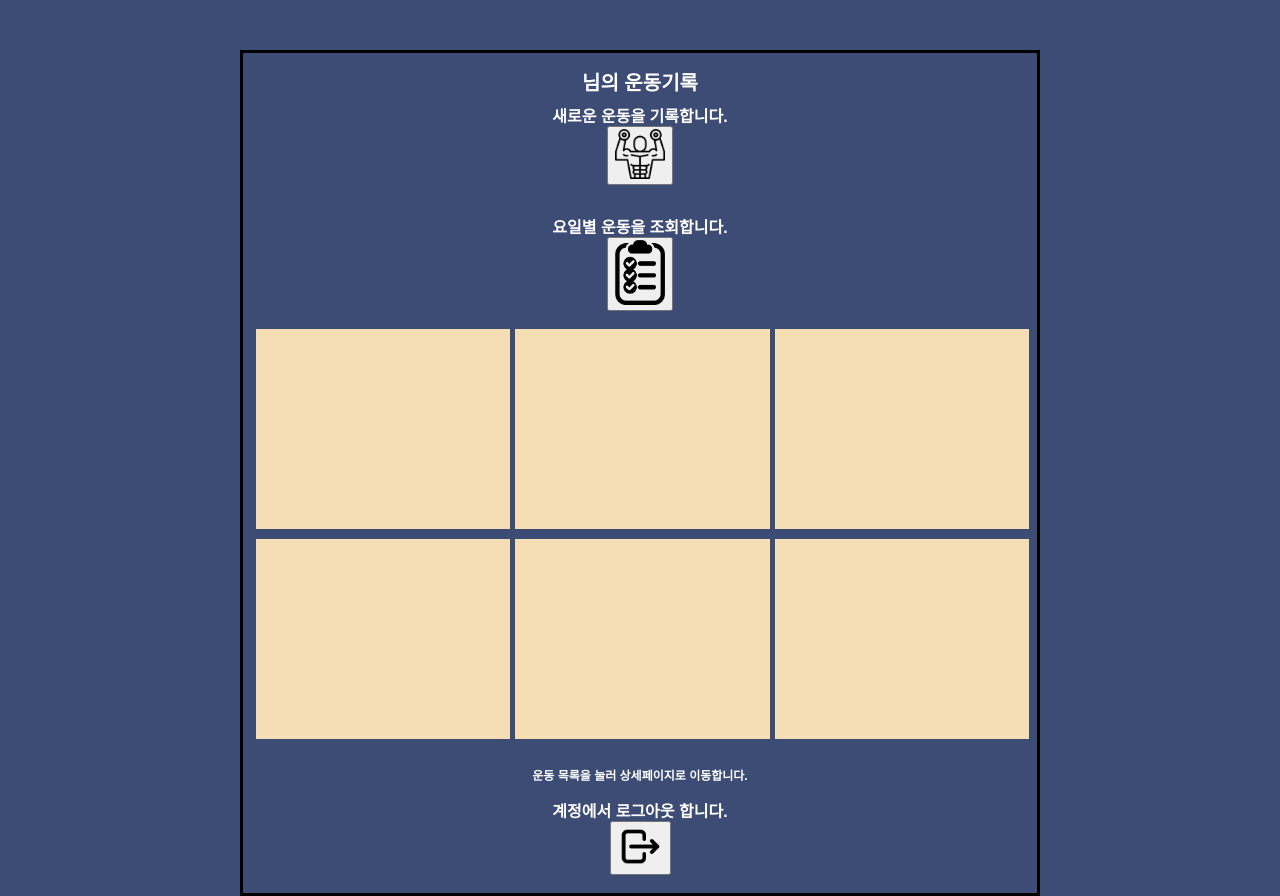
Repository: Up-Min/hrdkorea
Page: http://localhost/jsp_workout/main.jsp
These files come from the project's save history. The page is drawn as it stood at one moment and after the next save; the edit follows.
The browser window is 1280 px wide. The pictures show the whole page.
The page is served by Tomcat 9. The template is opened directly, without the code that normally fills it, so the values that code supplies are empty.

Above is the page before, as saved 2023-01-02 06:21:38.

After the next save:
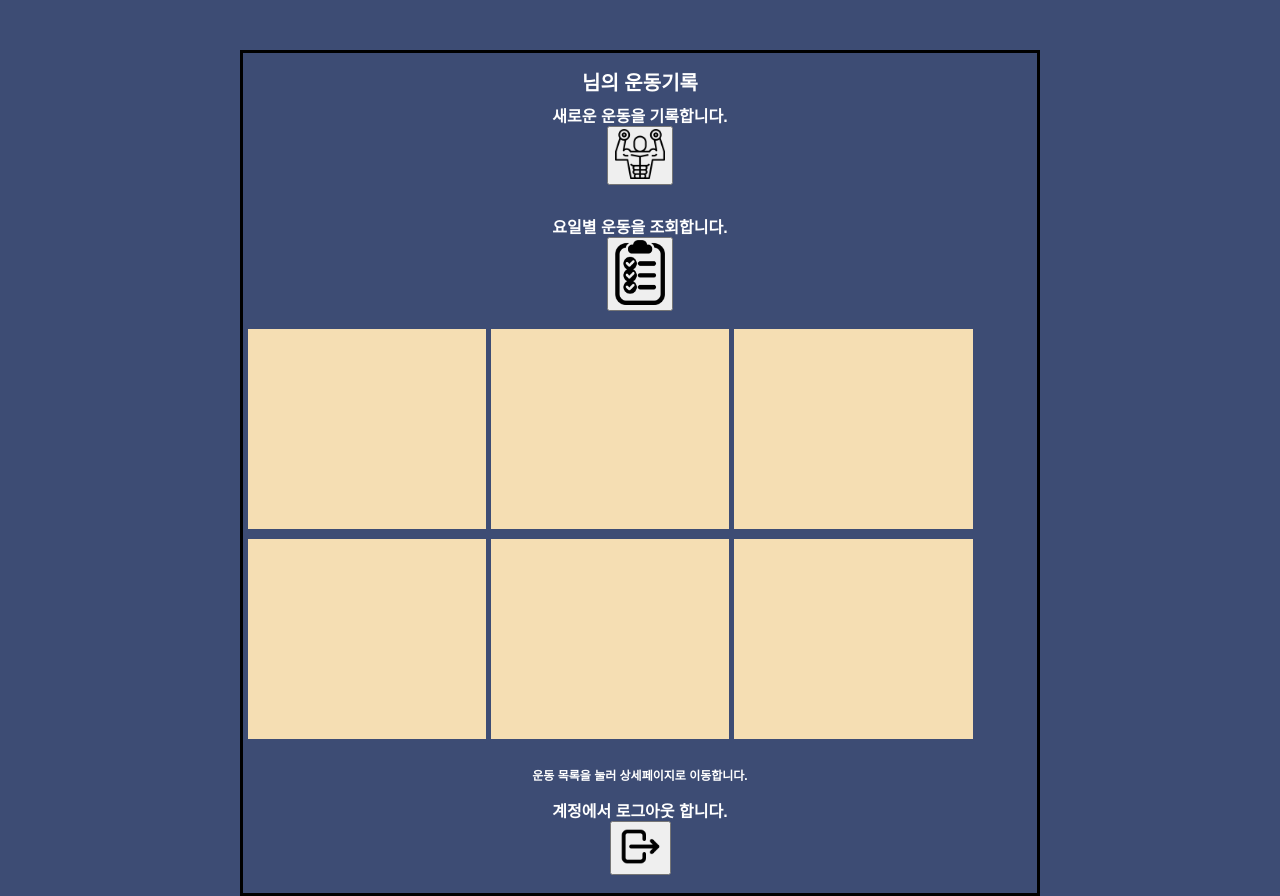
Saved 2 min 38 s later.
--- a/jsp_workout/src/main/webapp/main.jsp
+++ b/jsp_workout/src/main/webapp/main.jsp
@@ -56,13 +56,12 @@ ul{
 list-style: none;
 display: flex;
 padding: 0;
-justify-content: center;
 flex-wrap: wrap;
 }
 
 li{
 margin-left : 5px;
-width: 32%;
+width: 30%;
 margin-bottom: 10px;
 height: 200px;
 background-color: wheat;
